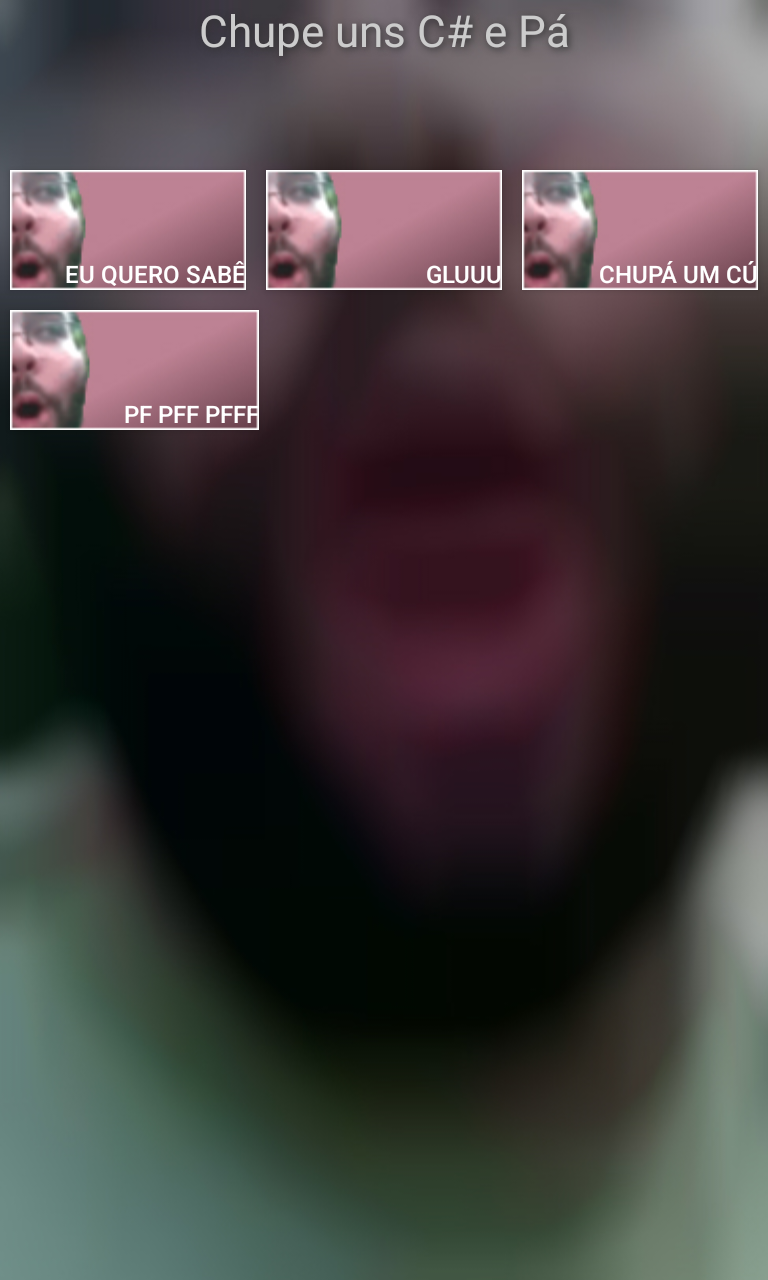
Repository: Cookahn/bioca_sounds
Layout: ChicoBiocaApp/res/layout/remix_activity.xml
These files come from the project's save history. The layout is drawn as it stood at one moment and after the next save; the edit follows.
It is drawn on a 768 x 1280 px phone screen (xhdpi) without system bars, with theme AppTheme; the app's code is not run.

Above is the layout before, as saved 2014-08-12 19:17:35.

### ChicoBiocaApp/res/layout/remix_activity.xml
<?xml version="1.0" encoding="utf-8"?>
<LinearLayout xmlns:android="http://schemas.android.com/apk/res/android"
    android:layout_width="match_parent"
    android:layout_height="match_parent"
    android:background="@drawable/backgroundtofuck"
    android:orientation="vertical" >

    <TextView
        android:id="@+id/text_bioca"
        android:layout_width="match_parent"
        android:layout_height="50dp"
        android:layout_marginBottom="30dp"
        android:gravity="center_horizontal"
        android:shadowColor="#333"
        android:shadowDx="2"
        android:shadowDy="2"
        android:shadowRadius="6"
        android:text="@string/suck_an_ass_and_pa"
        android:textColor="#ccc"
        android:textSize="22sp" />

    <LinearLayout
        android:layout_width="match_parent"
        android:layout_height="wrap_content"
        android:orientation="horizontal"
        android:weightSum="3" >

        <Button
            android:id="@+id/i_want_to_know"
            android:layout_width="0dp"
            android:layout_height="wrap_content"
            android:layout_margin="5dp"
            android:layout_weight="1"
            android:background="@drawable/button_song"
            android:gravity="bottom|right"
            android:text="@string/i_want_to_know"
            android:textColor="#fff"
            android:textSize="12sp" />

        <Button
            android:id="@+id/glu"
            android:layout_width="0dp"
            android:layout_height="wrap_content"
            android:layout_margin="5dp"
            android:layout_weight="1"
            android:background="@drawable/button_song"
            android:gravity="bottom|right"
            android:text="@string/gluu"
            android:textColor="#fff"
            android:textSize="12sp" />

        <Button
            android:id="@+id/suck_ass"
            android:layout_width="0dp"
            android:layout_height="wrap_content"
            android:layout_margin="5dp"
            android:layout_weight="1"
            android:background="@drawable/button_song"
            android:gravity="bottom|right"
            android:text="@string/suck_an_ass"
            android:textColor="#fff"
            android:textSize="12sp" />
    </LinearLayout>

        <LinearLayout
        android:layout_width="match_parent"
        android:layout_height="wrap_content"
        android:orientation="horizontal"
        android:weightSum="3" >

        <Button
            android:id="@+id/pff_pff_pff"
            android:layout_width="0dp"
            android:layout_height="wrap_content"
            android:layout_margin="5dp"
            android:layout_weight="1"
            android:background="@drawable/button_song"
            android:gravity="bottom|right"
            android:text="@string/pff_pff_pff"
            android:textColor="#fff"
            android:textSize="12sp" />
        </LinearLayout>

</LinearLayout>

### ChicoBiocaApp/res/values/strings.xml
<?xml version="1.0" encoding="utf-8"?>
<resources>

    <string name="app_name">Chico Bioca Remix</string>
    <string name="are_you_ready">Está preparado para a melhor TRANSA da sua Vida?</string>
    <string name="action_settings">Settings</string>
    <string name="i_want_to_fuck">Quero Transá</string>
    <string name="suck_an_ass_and_pa">Chupe uns C# e Pá</string>


    <!-- Bioca phrases -->
    <string name="i_want_to_know">Eu quero sabê</string>
	<string name="who_fuck">Quem é que transa</string>
	<string name="who_fuck_in_this_shit">Quem transa nessa porra</string>
	<string name="gluu">Gluuu</string>
	<string name="glooe">Gloooe</string>
	<string name="anal_sex">Sexo Anal</string>
	<string name="lh_smack">Lhlhlh smack</string>
	<string name="suck_an_ass">Chupá um cú</string>
	<string name="pa_and">Pá e sei que lá</string>
	<string name="have_sex">Transá mesmo</string>
	<string name="fuck_vagina">Comer vagina</string>
	<string name="everything">Tudo mais</string>
	<string name="i_dont_wanna_know">Quero nem saber nesse caraio</string>
	<string name="in_this_shit">Nessa porra</string>
	<string name="cool_tocacco">Um tabaco bem massa</string>
	<string name="for_us">Pra gente</string>
	<string name="pff">Pff</string>
	<string name="pff_pff">Pff Pfff</string>
	<string name="pff_pff_pff">Pf Pff Pfff</string>
	<string name="fuck_until">Fudê até o talo</string>
	<string name="aoe">Aeaoeaoeeae</string>

</resources>

Loaded but not shown: ChicoBiocaApp/res/values/styles.xml (common file); ChicoBiocaApp/res/values-v11/styles.xml (common file); ChicoBiocaApp/res/values-v14/styles.xml (common file)

After the next save:
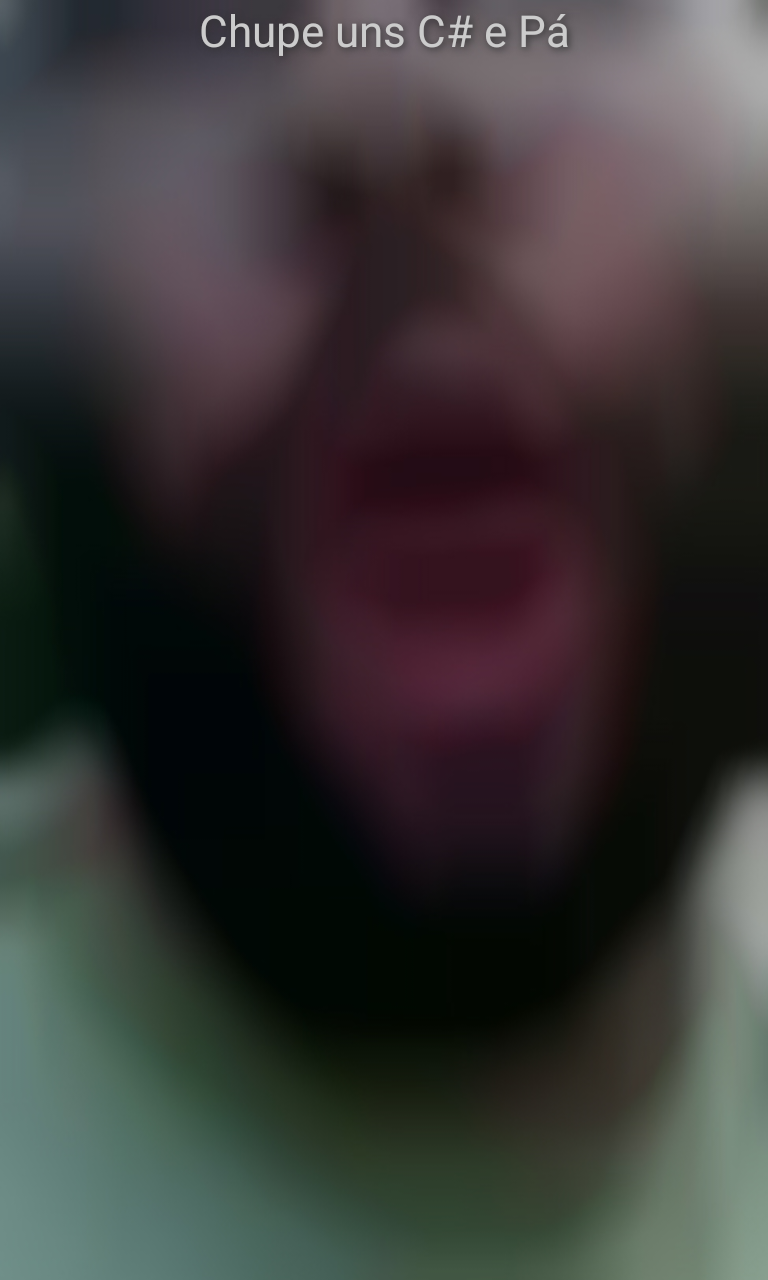
Saved 41 min 53 s later.
--- a/ChicoBiocaApp/res/layout/remix_activity.xml
+++ b/ChicoBiocaApp/res/layout/remix_activity.xml
@@ -19,7 +19,7 @@
         android:textColor="#ccc"
         android:textSize="22sp" />
 
-    <LinearLayout
+<!--     <LinearLayout
         android:layout_width="match_parent"
         android:layout_height="wrap_content"
         android:orientation="horizontal"
@@ -80,5 +80,5 @@
             android:textColor="#fff"
             android:textSize="12sp" />
         </LinearLayout>
-
+ -->
 </LinearLayout>
